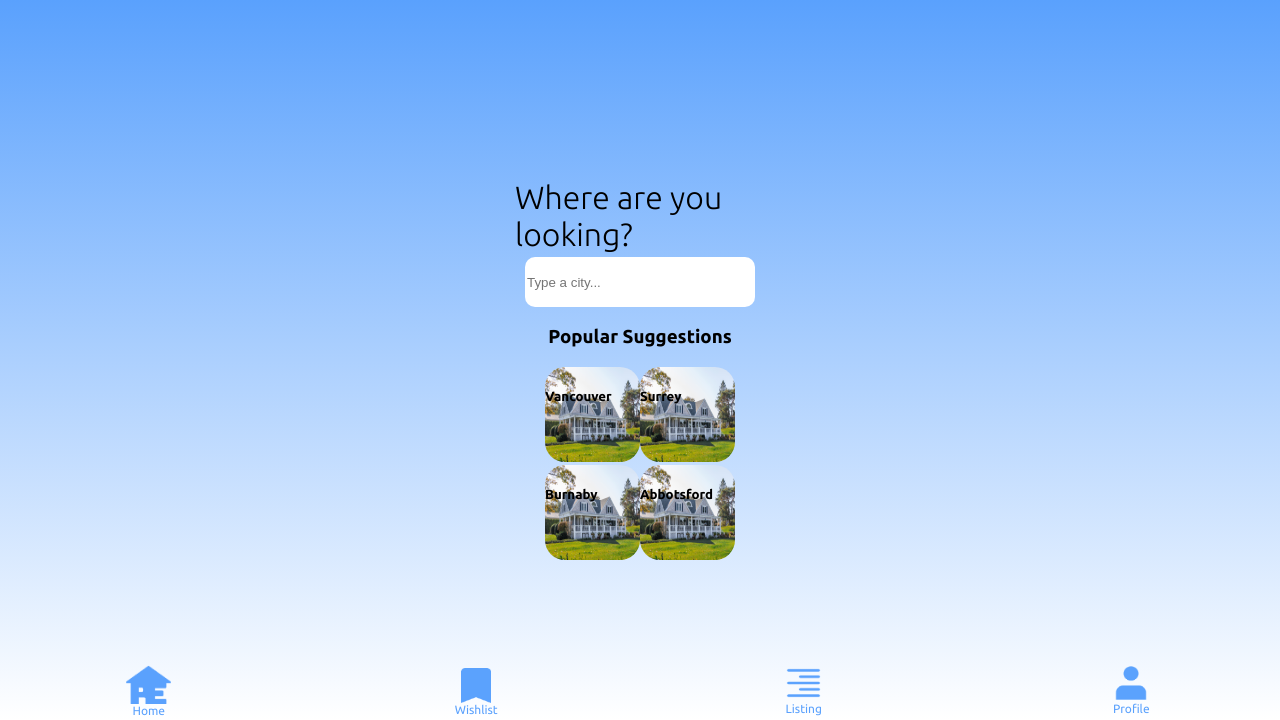
Repository: msyukurrr/realeasy
Page: /listing
An editor plug-in stored every save of this project. The page is shown before and after the next save, followed by the edit.
The browser window is 1280 px wide. The pictures show the whole page.
The project was rebuilt for these pictures with package versions that can differ from the ones it lists, and the page was loaded fresh each time. The framework's server and built-in components were replaced by stand-ins that run in the browser. Also part of the build but not shown: next.config.js, components/Button.js.

Above is the page before, as saved 2023-01-27 20:38:24.

After the next save:
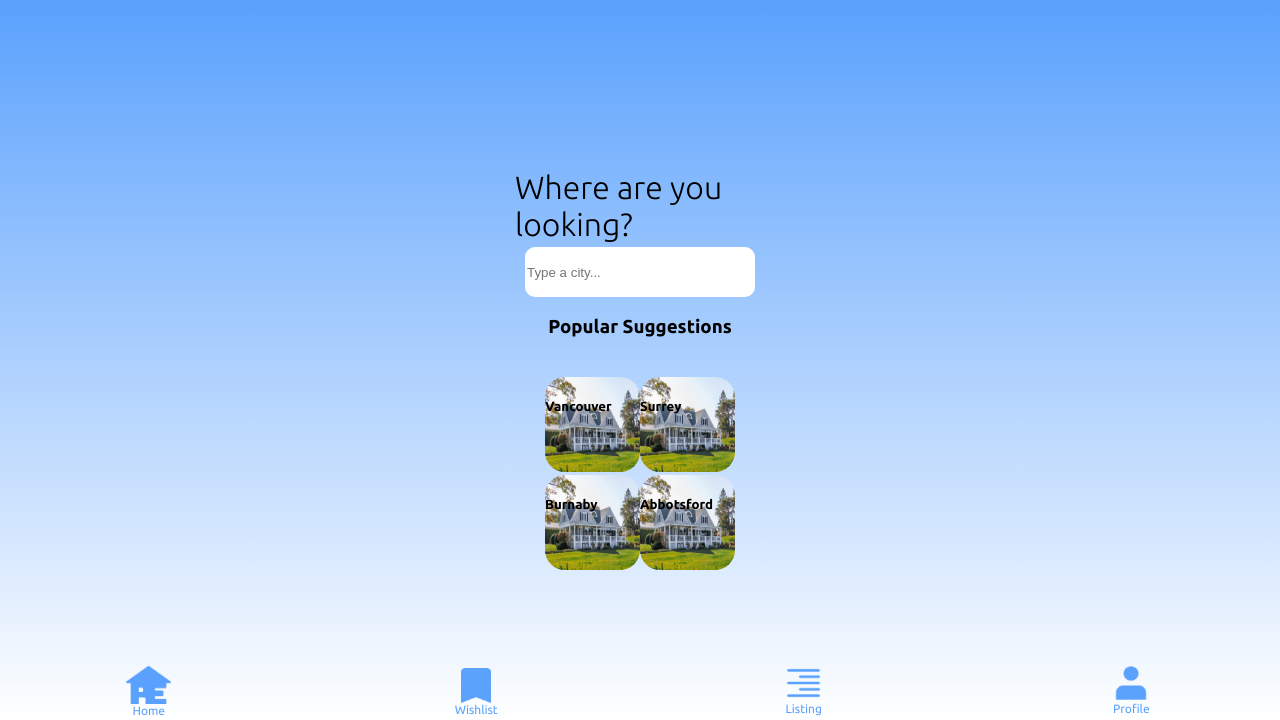
Saved 15 s later.
--- a/pages/listing.js
+++ b/pages/listing.js
@@ -20,7 +20,7 @@ export default function Listing({
 
     <div>
 
-        <div style={{display:'flex', flexDirection:'row'}}>
+        <div style={{display:'flex', flexDirection:'row', paddingTop:20}}>
             <div>
                 <h5 style={{display:'flex', position:'absolute'}}>Vancouver</h5>
                 <img src="house.png" style={{width:95, height:95, borderRadius:20}}/>
